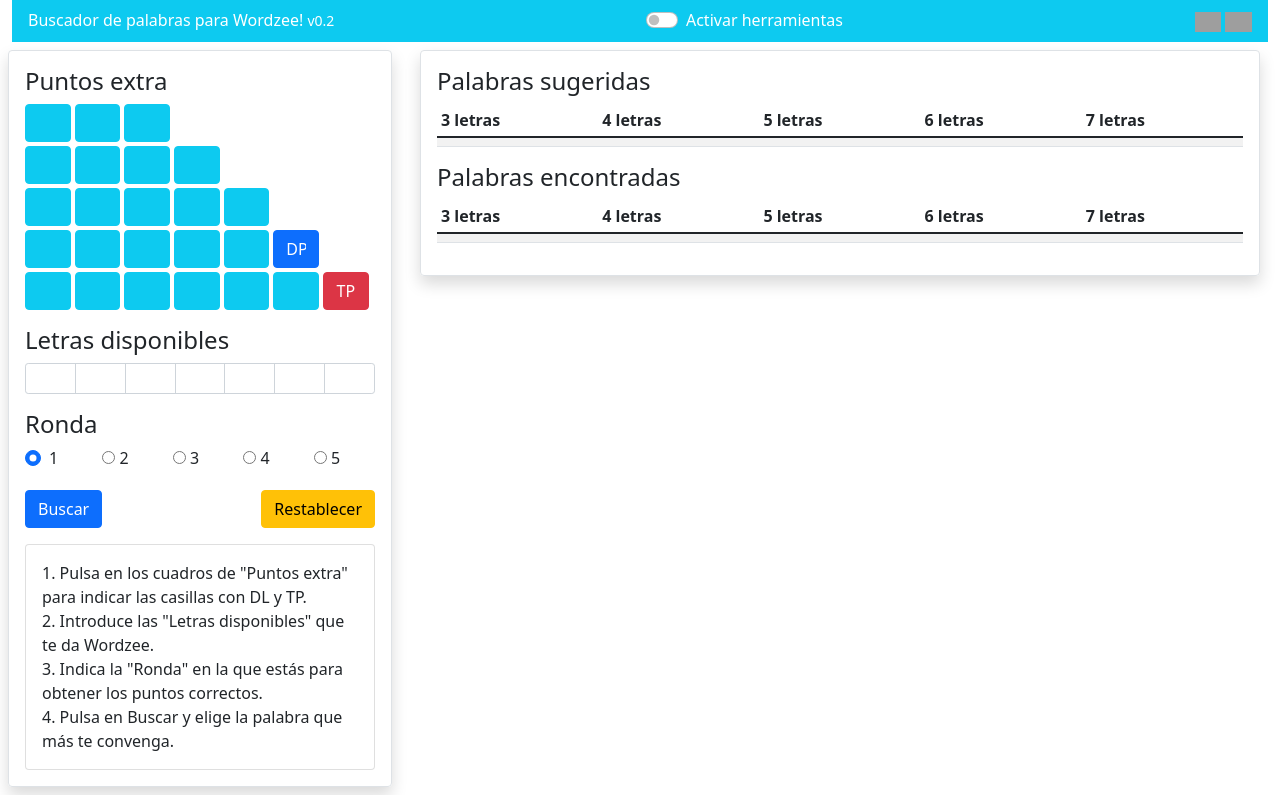
Repository: angelcafe/wordzee-bp_javascript
Page: index.html
The author's editor kept a copy of each file at every save. The page is drawn from the files as they stood at one save, then again after the next save.
The browser window is 1280 px wide. The pictures show the whole page.
Pictures or frames that could not be fetched are drawn as grey boxes.

Above is the page before, as saved 2021-10-23 10:54:04.

After the next save:
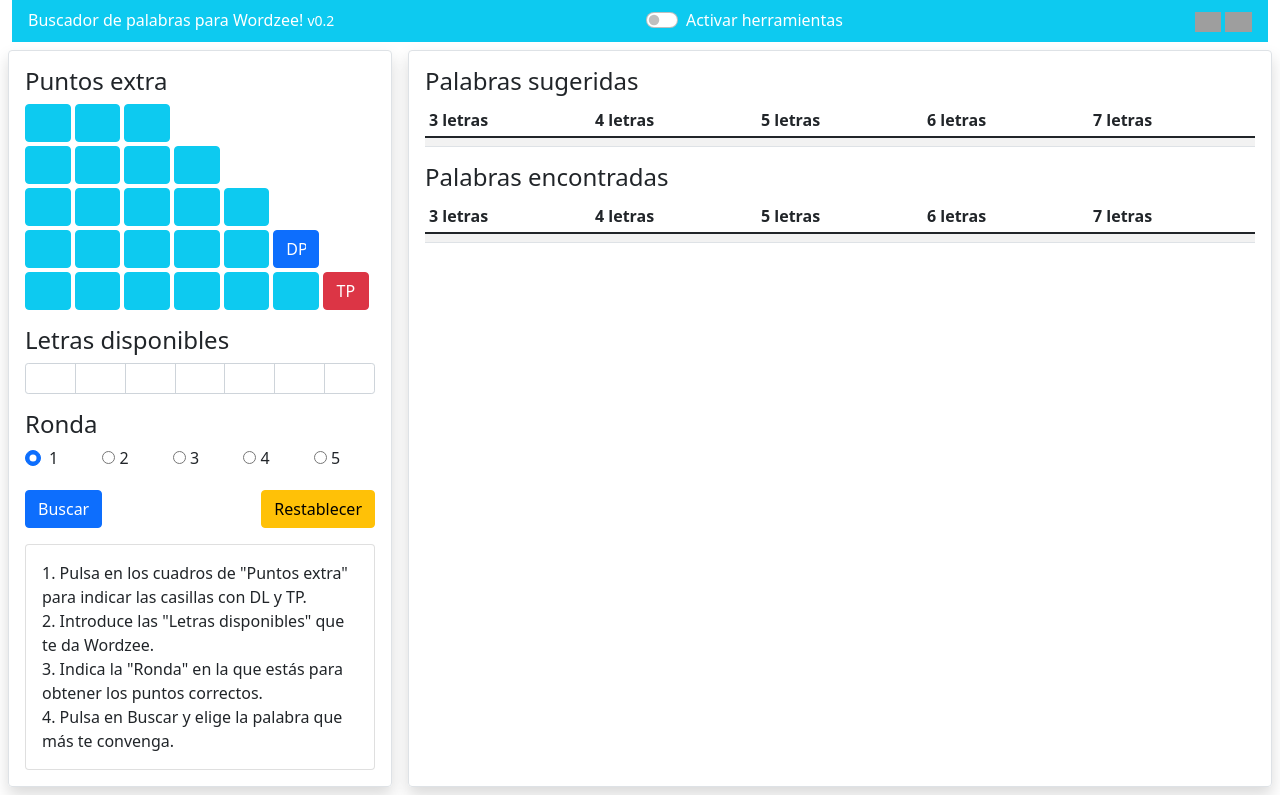
Saved 29 s later.
--- a/index.html
+++ b/index.html
@@ -171,7 +171,6 @@
                 </div>
             </div>
         <!-- Palabras sugeridas -->
-            <div class="col">
             <div class="border col m-2 p-3 shadow rounded">
                 <h4>Palabras sugeridas</h4>
                 <table class="table table-sm table-striped table-hover">
